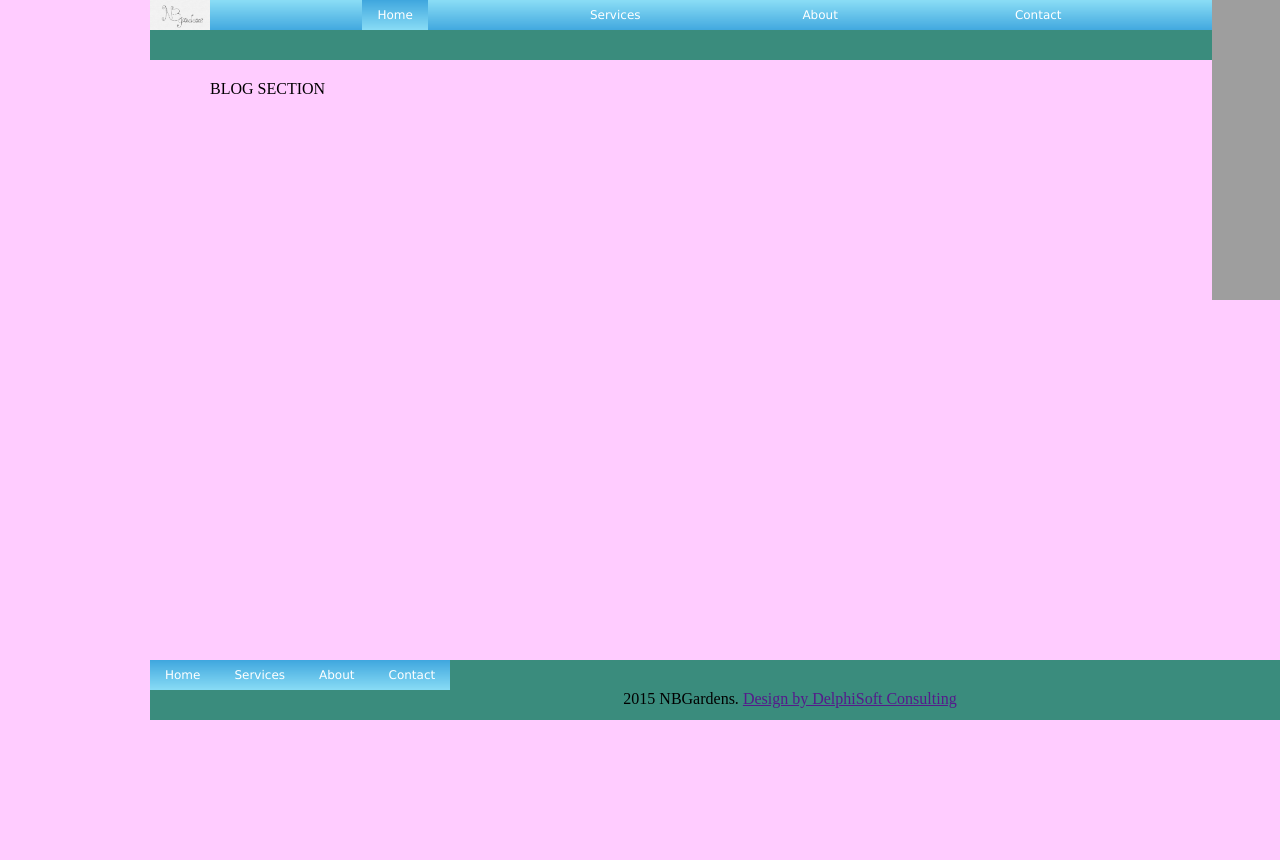
Repository: GAndrews13/BlueGardens
Page: BlueGardensEESystem/src/main/webapp/templates/template.html
An editor plug-in stored every save of this project. The page is shown before and after a run of saves, followed by the edit.
The browser window is 1280 px wide. The pictures show the whole page.
Pictures or frames that could not be fetched are drawn as grey boxes.

Above is the page before, as saved 2015-07-21 13:58:59.

After the next 5 saves:
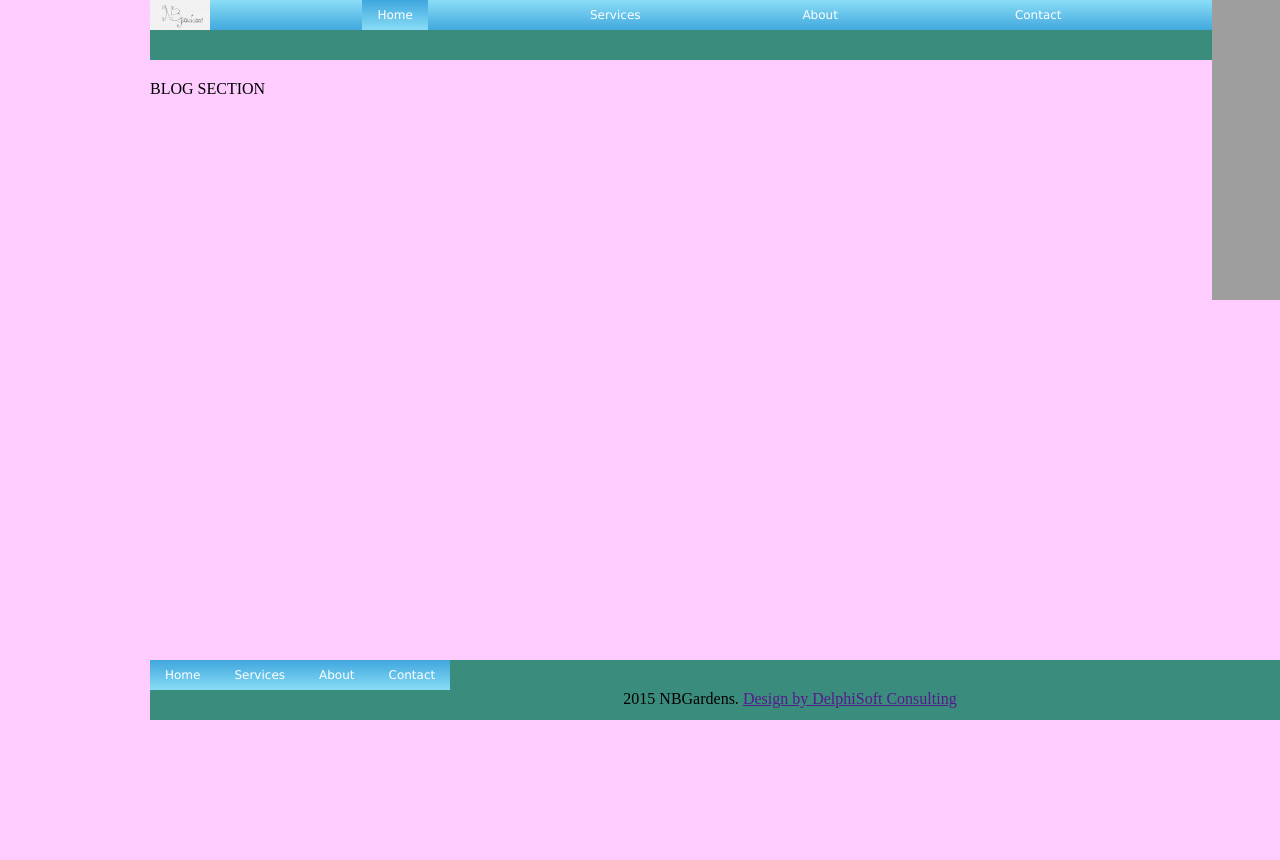
The 5 saves are shown as one change because they came seconds apart.
The last was saved 24 s later.
--- a/BlueGardensEESystem/src/main/webapp/style.css
+++ b/BlueGardensEESystem/src/main/webapp/style.css
@@ -101,7 +101,8 @@
 	.page-wrap {
 		min-height: 100%;
     	margin-bottom: -60px;
-    	padding: 60px;
+    	padding-top: 60px;
+    	padding-bottom: 60px;
 	}
 
 	.page-wrap:after {

After the save that followed:
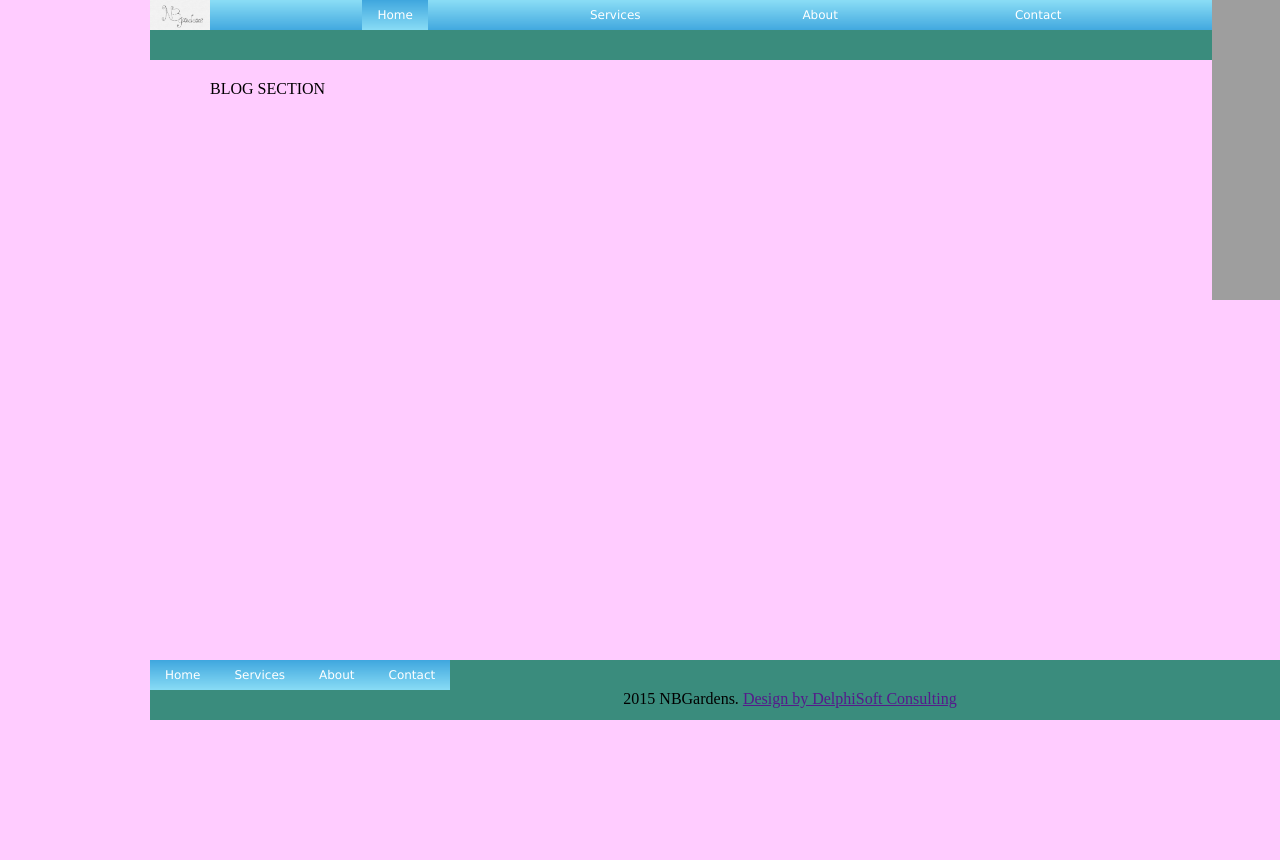
Saved 6 s later.
--- a/BlueGardensEESystem/src/main/webapp/style.css
+++ b/BlueGardensEESystem/src/main/webapp/style.css
@@ -101,8 +101,7 @@
 	.page-wrap {
 		min-height: 100%;
     	margin-bottom: -60px;
-    	padding-top: 60px;
-    	padding-bottom: 60px;
+    	padding: 60px;
 	}
 
 	.page-wrap:after {
